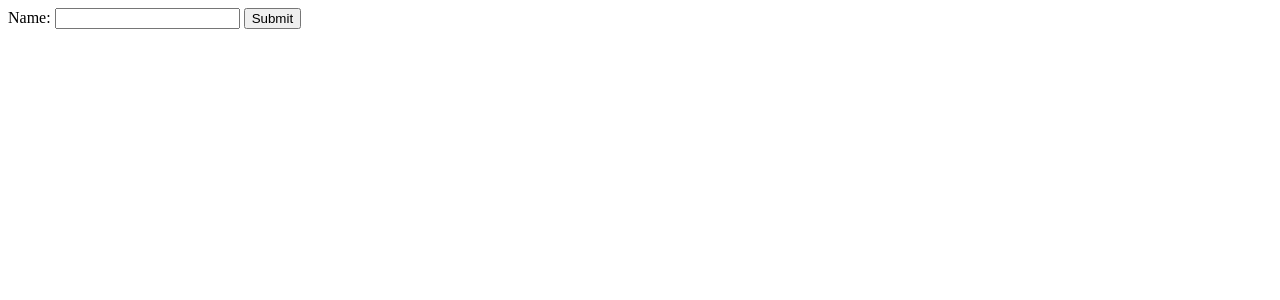
Repository: Vijay-aura/Wicket
Page: wicket-practice/src/main/java/com/form/InputFieldsPage.html
An editor plug-in stored every save of this project. The page is shown before and after the next save, followed by the edit.
The browser window is 1280 px wide. The pictures show the whole page.

Above is the page before, as saved 2024-03-04 12:30:23.

### wicket-practice/src/main/java/com/form/InputFieldsPage.html
<!DOCTYPE html>
<html xmlns="http://www.w3.org/1999/xhtml"
	xmlns:wicket=http://wicket.apache.org/dtds.data/wicket-xhtml1.4-strict.dtd>
<head>
<meta charset="ISO-8859-1">
<title>Insert title here</title>
</head>
<body>
	<form wicket:id="form">
		Name: <input type="text" wicket:id="name">
		<button wicket:id="button">Submit</button>
	</form>
	<div wicket:id="detailsContainer">
		<span wicket:id="details"></span>
	</div>

</body>
</html>

After the next save:
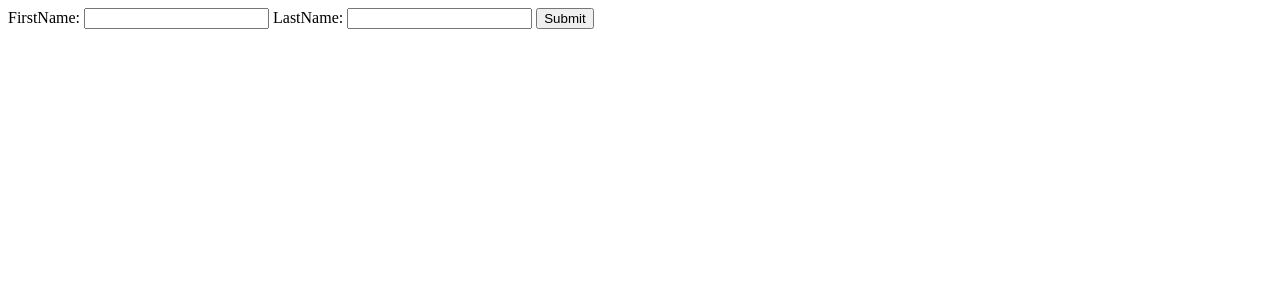
Saved 8 min 51 s later.
--- a/wicket-practice/src/main/java/com/form/InputFieldsPage.html
+++ b/wicket-practice/src/main/java/com/form/InputFieldsPage.html
@@ -7,7 +7,8 @@
 </head>
 <body>
 	<form wicket:id="form">
-		Name: <input type="text" wicket:id="name">
+		FirstName: <input type="text" wicket:id="firstName">
+		LastName: <input type="text" wicket:id="lastName">
 		<button wicket:id="button">Submit</button>
 	</form>
 	<div wicket:id="detailsContainer">
